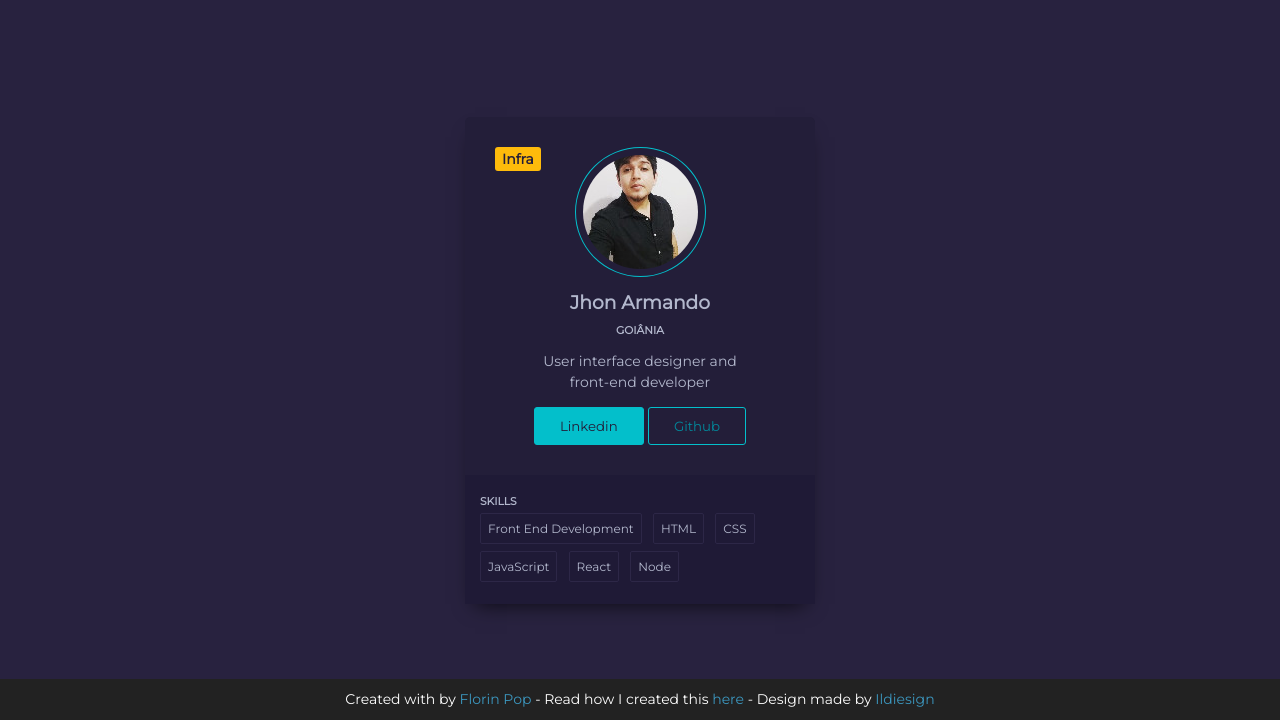
Repository: JhonMercedes/flip-card
Page: index.html
An editor plug-in stored every save of this project. The page is shown before and after the next save, followed by the edit.
The browser window is 1280 px wide. The pictures show the whole page.

Above is the page before, as saved 2021-12-03 16:24:51.

### index.html
<!DOCTYPE html>
<html lang="en">

<head>
    <meta charset="UTF-8">
    <meta http-equiv="X-UA-Compatible" content="IE=edge">
    <meta name="viewport" content="width=device-width, initial-scale=1.0">
    <link rel="stylesheet" href="style.css">
    <title>Document</title>
</head>

<body>

    <div class="card-container">
        <span class="pro">Infra</span>
        <img class="round" src="jhonarmando.jpeg" alt="user" />
        <h3>Jhon Armando</h3>
        <h6>Goiânia</h6>
        <p>User interface designer and <br /> front-end developer</p>
        <div class="buttons">
            <button class="primary">
                Linkedin
            </button>
            <button class="primary ghost">
                Github
            </button>
        </div>
        <div class="skills">
            <h6>Skills</h6>
            <ul>

                <li>Front End Development</li>
                <li>HTML</li>
                <li>CSS</li>
                <li>JavaScript</li>
                <li>React</li>
                <li>Node</li>
            </ul>
        </div>
    </div>

    <footer>
        <p>
            Created with <i class="fa fa-heart"></i> by
            <a target="_blank" href="https://florin-pop.com">Florin Pop</a>
            - Read how I created this
            <a target="_blank" href="https://florin-pop.com/blog/2019/04/profile-card-design">here</a>
            - Design made by
            <a target="_blank" href="https://dribbble.com/shots/6276930-Profile-Card-UI-Design">Ildiesign</a>
        </p>
    </footer>
</body>

</html>

### style.css
@import url('https://fonts.googleapis.com/css?family=Montserrat');

*{
	box-sizing: border-box;
}

body {
	background-color: #28223F;
	font-family: Montserrat, sans-serif;

	display: flex;
	align-items: center;
	justify-content: center;
	flex-direction: column;

	min-height: 100vh;
	margin: 0;
}

h3 {
	margin: 10px 0;
}

h6 {
	margin: 5px 0;
	text-transform: uppercase;
}

p {
	font-size: 14px;
	line-height: 21px;
}

.card-container {
	background-color: #231E39;
	border-radius: 5px;
	box-shadow: 0px 10px 20px -10px rgba(0,0,0,0.75);
	color: #B3B8CD;
	padding-top: 30px;
	position: relative;
	width: 350px;
	max-width: 100%;
	text-align: center;
}

.card-container .pro {
	color: #231E39;
	background-color: #FEBB0B;
	border-radius: 3px;
	font-size: 14px;
	font-weight: bold;
	padding: 3px 7px;
	position: absolute;
	top: 30px;
	left: 30px;
}

.card-container .round {
	border: 1px solid #03BFCB;
	border-radius: 50%;
	padding: 7px;
}

button.primary {
	background-color: #03BFCB;
	border: 1px solid #03BFCB;
	border-radius: 3px;
	color: #231E39;
	font-family: Montserrat, sans-serif;
	font-weight: 500;
	padding: 10px 25px;
}

button.primary.ghost {
	background-color: transparent;
	color: #02899C;
}

.skills {
	background-color: #1F1A36;
	text-align: left;
	padding: 15px;
	margin-top: 30px;
}

.skills ul {
	list-style-type: none;
	margin: 0;
	padding: 0;
}

.skills ul li {
	border: 1px solid #2D2747;
	border-radius: 2px;
	display: inline-block;
	font-size: 12px;
	margin: 0 7px 7px 0;
	padding: 7px;
}

footer {
    background-color: #222;
    color: #fff;
    font-size: 14px;
    bottom: 0;
    position: fixed;
    left: 0;
    right: 0;
    text-align: center;
    z-index: 999;
}

footer p {
    margin: 10px 0;
}

footer i {
    color: red;
}

footer a {
    color: #3c97bf;
    text-decoration: none;
}

After the next save:
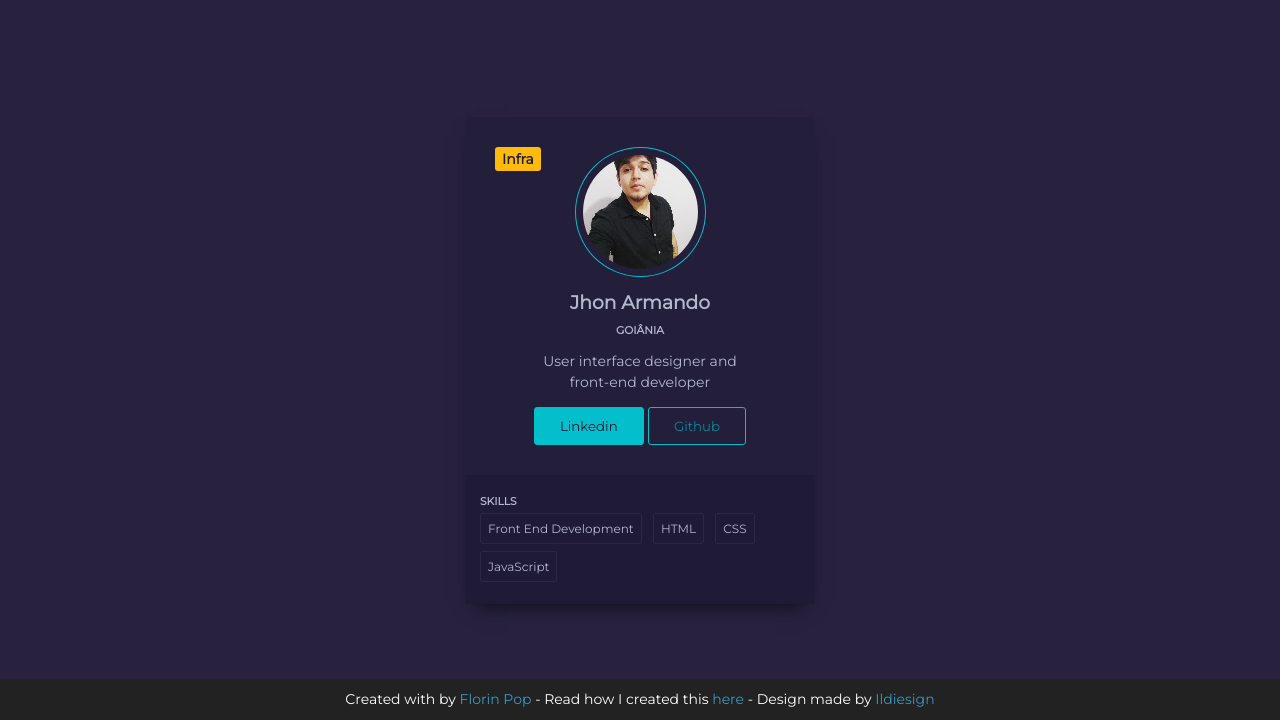
Saved 8 s later.
--- a/index.html
+++ b/index.html
@@ -33,8 +33,7 @@
                 <li>HTML</li>
                 <li>CSS</li>
                 <li>JavaScript</li>
-                <li>React</li>
-                <li>Node</li>
+
             </ul>
         </div>
     </div>
